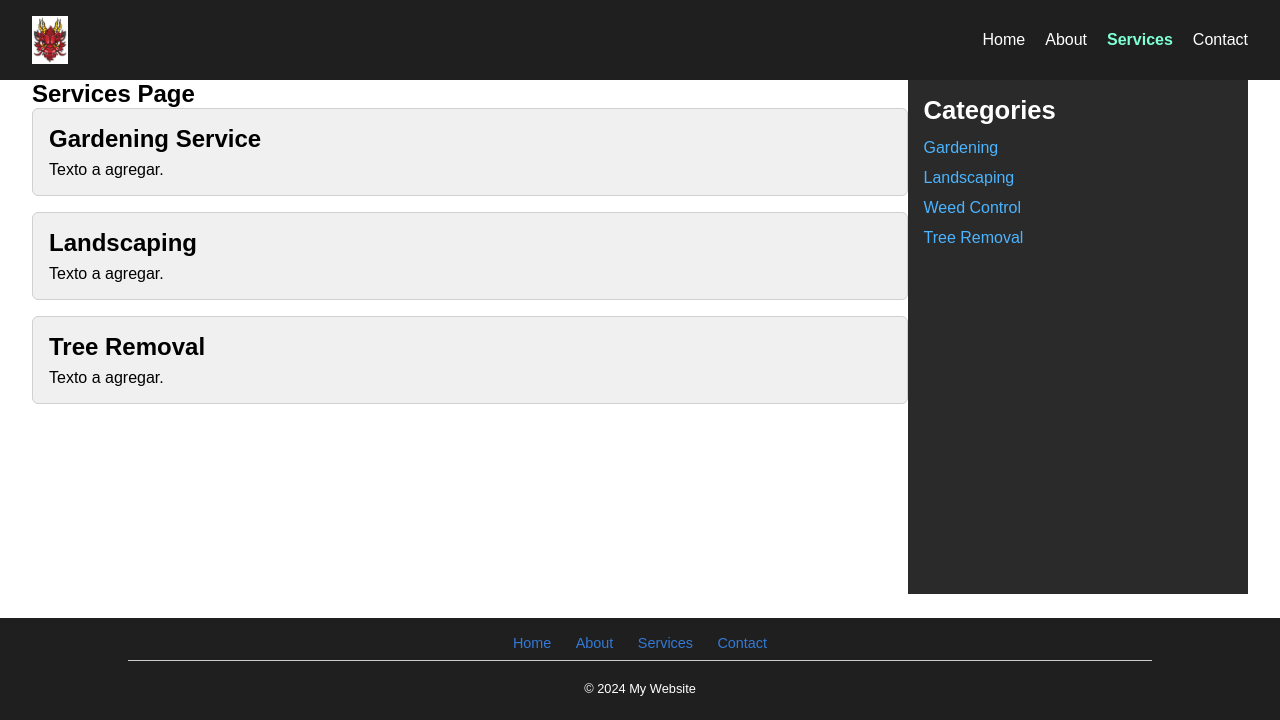
Repository: andreamm-lab/basic-navigation-example-2025-10
Page: pages/services.html
An editor plug-in stored every save of this project. The page is shown before and after the next save, followed by the edit.
The browser window is 1280 px wide. The pictures show the whole page.

Above is the page before, as saved 2025-11-06 21:50:01.

### pages/services.html
<!DOCTYPE html>
<html lang="en">
<head>
    <meta charset="UTF-8">
    <meta name="viewport" content="width=device-width, initial-scale=1.0">
    <title>Services Page</title>
    <link rel="stylesheet" href="../main.css">
</head>
<body>
    <header>
        <!-- Primary navigation -->
        <nav aria-label="Primary navigation">
            <a href="../index.html">
                <img src="../images/dragon.png" alt="Dragon logo">
            </a>
            <ul>
                <li><a href="../index.html">Home</a></li>
                <li><a href="about.html">About</a></li>
                <li><a href="#" class="current">Services</a></li>
                <li><a href="contact.html">Contact</a></li>
            </ul>
        </nav>
    </header>

    <main class="page">
        <section class="main-content">
            <h1>Services Page</h1>

            <article class="card">
                <h2>Gardening Service</h2>
                <p>Texto a agregar.</p>
            </article>

            <article class="card">
                <h2>Landscaping</h2>
                <p>Texto a agregar.</p>
            </article>

            <article class="card">
                <h2>Tree Removal</h2>
                <p>Texto a agregar.</p>
            </article>
        </section>

        <!-- Side menu -->
        <aside class="side-nav" aria-label="Services categories">
            <h2>Categories</h2>
            <ul>
                <li><a href="#">Gardening</a></li>
                <li><a href="#">Landscaping</a></li>
                <li><a href="#">Weed Control</a></li>
                <li><a href="#">Tree Removal</a></li>
            </ul>
        </aside>
    </main>

    <footer id="main-footer">
        <nav aria-label="Footer navigation">
            <ul>
                <li><a href="../index.html">Home</a></li>
                <li><a href="about.html">About</a></li>
                <li><a href="#">Services</a></li>
                <li><a href="contact.html">Contact</a></li>
            </ul>
        </nav>
        <hr class="footer-line">
        <p>© 2024 My Website</p>
    </footer>
</body>
</html>

### main.css
/* 1.---------------------- General ---------------------- */

*  {
    Box-sizing: border-box;
    Margin: 0;
    Padding: 0;
}

Body {
    Font-family: Arial, Helvetica, sans-serif;
    Background-color: #ffffff;
    Color: #000;
    Min-height: 100vh;
    Display: flex;
    Flex-direction: column;
}

Main {
    Flex: 1;
}

/* 2.---------------------- Header ---------------------- */

/* Header navigation: logo + menú */
Header nav {
    Padding: 10px 32px;
    Min-height: 80px;
    Background-color: #1F1F1F;
    Display: flex;
    Align-items: center;           /* centra verticalmente */
    Justify-content: space-between; /* separa logo y menú */
}

Header nav img {
    Max-height: 48px;
    Background-color: white;
    Display: inline-block;
    Vertical-align: middle;
}

Header nav ul {
    List-style: none;
    Display: flex;
    Gap: 20px;
}

Header nav ul li a {
    Text-decoration: none;
    Color: white;
}

Header nav ul li a.current {
    Color: aquamarine;
    Font-weight: bold;
}

Header nav ul li a:hover {
    Color: rgb(92, 229, 0);
}

/* 3.---------------------- Main / Home content ---------------------- */

Main {
    Display: block;
    Padding: 24px 32px; /* padding general para Home */
}

/* 🔹 en la página Services (class=”page”), quitamos el padding superior */
Main.page {
    Padding: 0 32px 24px 32px; /* top=0 para pegar al header */
}

#page-title {
    Font-size: 2rem;
    Text-align: center;
    Margin-bottom: 24px;
}

.card-grid {
    Display: block;
}

.card {
    Background-color: #f0f0f0;
    Border: 1px solid #d0d0d0;
    Border-radius: 6px;
    Padding: 16px;
    Margin-bottom: 16px;
}

.card h2 {
    Margin-bottom: 8px;
}

/* 4.---------------------- Services layout ---------------------- */

/* Contenedor principal: contenido + aside */
.page {
    Display: flex;   /* coloca el contenido y aside en columnas */
    Gap: 0;
}

/* Contenido principal */
.main-content {
    Width: 72%;
    Vertical-align: top;
}

/* Aside Categories */
.side-nav {
    Width: 28%;
    Background-color: #2a2a2a;
    Color: #fff;
    Margin: 0;                /* sin espacio externo */
    Padding: 0;               /* sin espacio interno general */
    Border: none;             /* sin borde */
    Box-sizing: border-box;
    Min-height: 100%;         /* ocupa todo el alto */
}

/* Título dentro del aside */
.side-nav h2 {
    Margin: 0;
    Padding: 16px 16px 8px;
    Font-size: 1.6rem;
    Font-weight: 700;
}

/* Lista del aside */
.side-nav ul {
    List-style: none;
    Margin: 0;
    Padding: 0 16px 16px;
}

.side-nav ul li {
    Margin: 0;
    Padding: 6px 0;
}

.side-nav ul li a {
    Color: #4bb4ff;
    Text-decoration: none;
    Display: inline-block;
    Width: 100%;
}

.side-nav ul li a:hover {
    Text-decoration: underline;
    Background-color: #1f1f1f;
}

/* 5.---------------------- Footer ---------------------- */

#main-footer {
    Background-color: #1F1F1F;
    Color: #ffffff;
    Text-align: center;
    Padding: 16px 0 24px;
    Margin: 0;
    Width: 100%;
}

#main-footer nav {
    Background: none;
    Padding: 0;
    Margin: 0 auto;
}

#main-footer nav ul {
    Display: inline-block;
    List-style: none;
    Margin: 0;
    Padding: 0;
}

#main-footer nav ul li {
    Display: inline-block;
    Margin: 0 10px;
}

#main-footer nav ul li a {
    Color: rgb(51, 122, 216);
    Text-decoration: none;
    Font-size: 0.9rem;
}

/* Línea gris */
.footer-line {
    Border: none;
    Border-top: 1px solid #ccc;
    Width: 80%;
    Margin: 8px auto 12px;
}

/* Texto */
#main-footer p {
    Font-size: 0.8rem;
    Margin: 0;
    Padding-top: 8px;
}

After the next save:
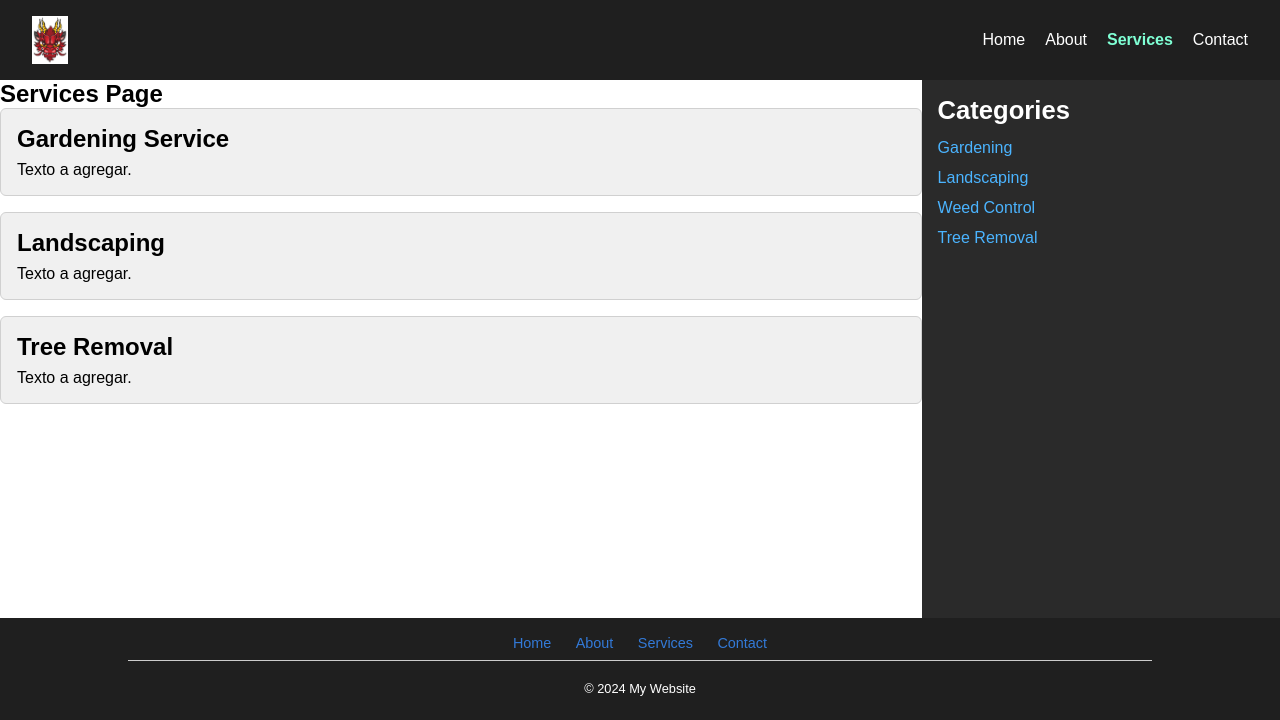
Saved 3 min 10 s later.
--- a/main.css
+++ b/main.css
@@ -67,7 +67,7 @@ Main {
 
 /* 🔹 en la página Services (class=”page”), quitamos el padding superior */
 Main.page {
-    Padding: 0 32px 24px 32px; /* top=0 para pegar al header */
+    Padding: 0px 0px 0px 0px; /* top=0 para pegar al header */
 }
 
 #page-title {
